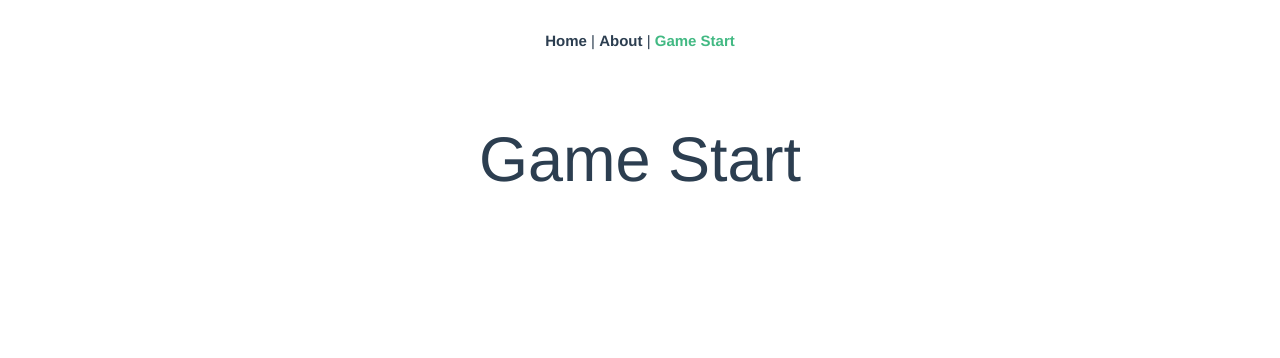
Repository: gallard28/posc4210app
Page: /#/start
An editor plug-in stored every save of this project. The page is shown before and after a run of saves, followed by the edit.
The browser window is 1280 px wide. The pictures show the whole page.
The project was rebuilt for these pictures with package versions that can differ from the ones it lists, and the page was loaded fresh each time. Also part of the build but not shown: src/views/Home.vue.

Above is the page before, as saved 2020-09-20 18:50:26.

After the next 2 saves:
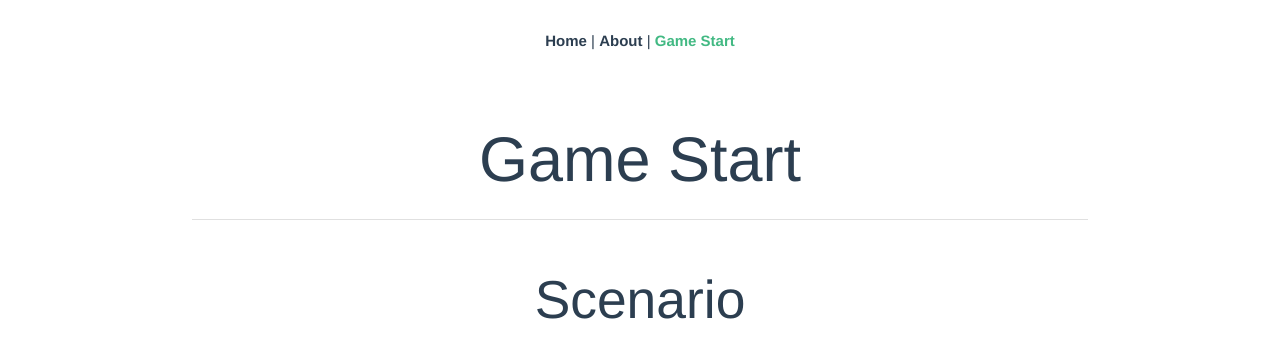
The 2 saves are shown as one change because they came seconds apart.
The last was saved 58 s later.
--- a/src/views/Start.vue
+++ b/src/views/Start.vue
@@ -1,6 +1,10 @@
 <template>
   <div class="container">
     <h1>Game Start</h1>
+    <div class="divider"></div>
+    <div class="section">
+      <h2>Scenario</h2>
+    </div>
   </div>
 </template>
 
